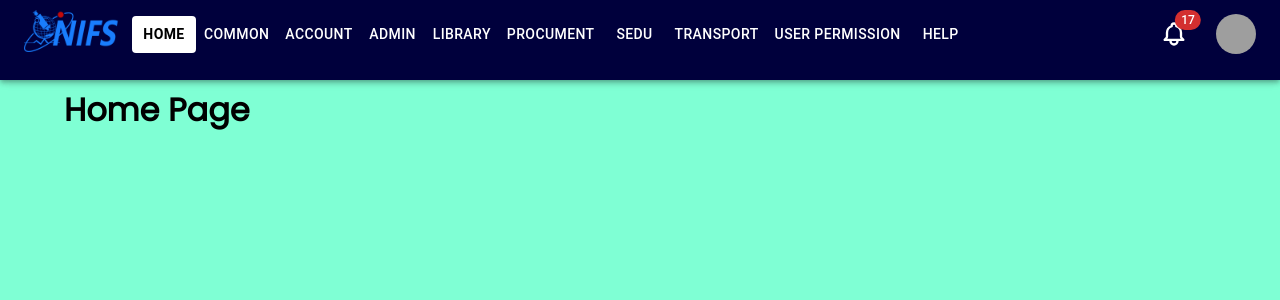
Repository: virangaj/NIFS-WebApp
Page: / (app in client/)
The author's editor kept a copy of each file at every save. The page is drawn from the files as they stood at one save, then again after the next save.
The browser window is 1280 px wide. The pictures show the whole page.
Pictures or frames that could not be fetched are drawn as grey boxes. The project was rebuilt for these pictures with package versions that can differ from the ones it lists, and the page was loaded fresh each time. Also part of the build but not shown: client/src/pages/Login.tsx, client/src/components/Transport/shared/TransportNavbar.js, client/src/pages/TransportMainPage.tsx, client/src/components/shared/SecondaryNavbar.tsx, client/src/pages/CommonMainPage.tsx, client/src/pages/AccountMainPage.tsx, client/src/pages/AdminMainPage.tsx, client/src/pages/LibraryMainPage.js and 16 more.

Above is the page before, as saved 2022-07-30 14:42:06.

### client/public/index.html
<!DOCTYPE html>
<html lang="en">
	<head>
		<meta charset="utf-8" />
		<link rel="icon" href="nifs_logo.png" />
		<meta name="viewport" content="width=device-width, initial-scale=1" />
		<meta name="theme-color" content="#000000" />
		<meta
			name="description"
			content="Web site created using create-react-app"
		/>
		<link rel="apple-touch-icon" href="%PUBLIC_URL%/logo192.png" />
		<!--
      manifest.json provides metadata used when your web app is installed on a
      user's mobile device or desktop. See https://developers.google.com/web/fundamentals/web-app-manifest/
    -->
		<link rel="manifest" href="%PUBLIC_URL%/manifest.json" />
		<!--
      Notice the use of %PUBLIC_URL% in the tags above.
      It will be replaced with the URL of the `public` folder during the build.
      Only files inside the `public` folder can be referenced from the HTML.

      Unlike "/favicon.ico" or "favicon.ico", "%PUBLIC_URL%/favicon.ico" will
      work correctly both with client-side routing and a non-root public URL.
      Learn how to configure a non-root public URL by running `npm run build`.
    -->
		<link
			href="https://fonts.googleapis.com/css?family=Poppins"
			rel="stylesheet"
		/>
		<title>NIFS Dashboard</title>
	</head>
	<body>
		<noscript>You need to enable JavaScript to run this app.</noscript>
		<div id="root"></div>
		<!--
      This HTML file is a template.
      If you open it directly in the browser, you will see an empty page.

      You can add webfonts, meta tags, or analytics to this file.
      The build step will place the bundled scripts into the <body> tag.

      To begin the development, run `npm start` or `yarn start`.
      To create a production bundle, use `npm run build` or `yarn build`.
    -->
	</body>
</html>

### client/src/index.css
* {
  margin: 0;
}

body {
  font-family: 'Poppins';
  -webkit-font-smoothing: antialiased;
  -moz-osx-font-smoothing: grayscale;
  background-color: aliceblue;
}

:root {
  --main-navbar-back: #00003c;
  --nav-title-section-back: rgba(47, 163, 72, 0.589);
  --white: #fff;
  --black: #000;
  --gray: rgba(68, 68, 68, 0.432);
  --border-radius: 10px;
  --pimary: rgb(10, 94, 133);
  --warning: #ed3d63;

}


.nav-logo {
  width: 100px;
  height: auto;
}

a {
  text-decoration: none;
}


/* main navbar */
.main-navbar {
  background-color: var(--main-navbar-back) !important;
  width: 100% !important;
  height: 80px !important;

}



/* secondary navbar */
.secondary-navbar {
  margin: auto;
}

.nav-flex-section {
  display: -webkit-flex;
  display: -ms-flexbox;
  display: flex;
  -webkit-flex-wrap: wrap;
  -ms-flex-wrap: wrap;
  flex-wrap: wrap;
  justify-content: center;
}

.nav-flex-inside {
  margin-left: 5px;
  margin-left: 5px;
}

.nav-title {
  font-size: 15px;
  text-align: center;
  color: var(--white);
  font-weight: 600;

}

.nav-title-section {
  border-radius: var(--border-radius);
  background-color: var(--nav-title-section-back);
  box-shadow: rgba(100, 100, 111, 0.2) 0px 7px 29px 0px;
  pointer-events: none;
  margin-left: 10px;
  margin-left: 10px;
}

.nav-icon {
  width: 40px;
}

.nav-link {
  display: flex;
  display: -webkit-flex;
  display: -ms-flexbox;
  flex-direction: column;
  align-items: center;
  font-size: 14px;
  margin-left: 5px;
  margin-right: 5px;
  border: none;
  box-shadow: rgba(100, 100, 111, 0.2) 0px 7px 29px 0px;
  padding: 4px 8px 6px 8px;
  margin-bottom: 10px;
  text-align: center;
  width: 125px;
  border-radius: var(--border-radius);
  background-color: var(--white);
  outline: none;
  min-height: 100px;
}

.nav-link:hover {
  color: var(--pimary);
  cursor: pointer;
  box-shadow: rgba(81, 146, 177, 0.2) 0px 7px 29px 0px;
  background-color: rgb(254, 255, 205);
  border-bottom: 2px solid var(--warning);
}


.nav-link:active {
  color: var(--pimary);
  cursor: pointer;
  box-shadow: rgba(81, 146, 177, 0.2) 0px 7px 29px 0px;
  background-color: rgb(205, 248, 255);
  border-bottom: 2px solid var(--warning);
}

.nav-link-active {
  color: var(--pimary);
  cursor: pointer;
  box-shadow: rgba(81, 146, 177, 0.2) 0px 7px 29px 0px;
  background-color: rgb(205, 248, 255);
  border-bottom: 2px solid var(--warning);
}

/* body content*/
.body-content {
  margin: auto;
  width: 90%;
  margin-top: 12vh;

}

/* main page content */
.main-content {
  width: 90%;
  margin: auto;
  margin-top: 20px;
}

/* sub page content */

.sub-body-content {
  border: 2px solid var(--gray);
  border-radius: var(--border-radius);
  padding: 10px;
}

.sub-body-title {
  font-size: 24px;
}



/* error page */
.error-page {
  border: 2px solid var(--gray);
  border-radius: var(--border-radius);
  height: 50vh;
  width: 50vw;
  margin: auto;
  margin-top: 50px;
}

.error-page-content {
  text-align: center;
  margin-top: 50px;
}

.error-page-content h1 {
  font-size: 100px;
  color: var(--warning);
  font-weight: 700;
  pointer-events: none;

}

.error-page-content p {
  font-size: 20px;
  margin-bottom: 20px;
  pointer-events: none;
}


@media screen and (max-width: 1366px) {
  body {
    background-color: aquamarine;
  }

  .nav-link {
    font-size: 12px;
    padding: 4px 4px 6px 4px;
    width: 100px;
    min-height: 100px;
  }

  .nav-icon {
    width: 35px;
  }
}

### client/src/App.tsx
import React, { useEffect } from 'react';
import Navbar from './components/shared/Navbar';
import Login from './pages/Login'
import { BrowserRouter as Router, Route, Routes } from 'react-router-dom'
import Home from './pages/Home';
import TransportMainPage from './pages/TransportMainPage';
import CommonMainPage from './pages/CommonMainPage';
import AccountMainPage from './pages/AccountMainPage';
import AdminMainPage from './pages/AdminMainPage';
import LibraryMainPage from './pages/LibraryMainPage';
import ProcumentMainPage from './pages/ProcumentMainPage';
import SeduMainPage from './pages/SeduMainPage';
import UserPermissionMainPage from './pages/UserPermissionMainPage';
import NotificationMainPage from './pages/NotificationMainPage';
import HelpMainPage from './pages/HelpMainPage';
import ErrorPage from './pages/ErrorPage';


function App() {


  return (
    <Router>
      <Navbar />
      <Routes>

        <Route path="/login" element={<Login />} />
        <Route path="/" element={<Home />} />
        <Route path="/common/*" element={<CommonMainPage />} />
        <Route path="/account/*" element={<AccountMainPage />} />
        <Route path="/admin/*" element={<AdminMainPage />} />
        <Route path="/library/*" element={<LibraryMainPage />} />
        <Route path="/procument/*" element={<ProcumentMainPage />} />
        <Route path="/sedu/*" element={<SeduMainPage />} />
        <Route path="/transport/*" element={<TransportMainPage />} />
        <Route
          path="/user-permission/*"
          element={<UserPermissionMainPage />}
        />
        <Route
          path="/notification/*"
          element={<NotificationMainPage />}
        />
        <Route path="/help/*" element={<HelpMainPage />} />
        <Route path="/error-404" element={<ErrorPage />} />
      </Routes>


    </Router>
  );
}

export default App;

### client/src/components/shared/Navbar.tsx
import * as React from 'react';
import AppBar from '@mui/material/AppBar';
import Box from '@mui/material/Box';
import Toolbar from '@mui/material/Toolbar';
import IconButton from '@mui/material/IconButton';
import Typography from '@mui/material/Typography';
import Menu from '@mui/material/Menu';
import Container from '@mui/material/Container';
import Avatar from '@mui/material/Avatar';
import Button from '@mui/material/Button';
import Tooltip from '@mui/material/Tooltip';
import MenuItem from '@mui/material/MenuItem';
import { HiMenuAlt2, HiOutlineBell } from "react-icons/hi";
import Badge from '@mui/material/Badge';
import Logo from '../../images/nifs_logo.png'
import { Link, useLocation } from 'react-router-dom';
import Pages from '../data/MainNavPages.json';

const settings = [
    {
        id: 0,
        title: 'Login',
        link: '/login',
    },
];
const Navbar = () => {

    // nav bar function and variables
    const location: any = useLocation();

    const [anchorElNav, setAnchorElNav] = React.useState<null | HTMLElement>(null);
    const [anchorElUser, setAnchorElUser] = React.useState<null | HTMLElement>(null);

    const handleOpenNavMenu = (event: React.MouseEvent<HTMLElement>) => {
        setAnchorElNav(event.currentTarget);
    };
    const handleOpenUserMenu = (event: React.MouseEvent<HTMLElement>) => {
        setAnchorElUser(event.currentTarget);
    };

    const handleCloseNavMenu = () => {
        setAnchorElNav(null);
    };

    const handleCloseUserMenu = () => {
        setAnchorElUser(null);
    };

    return (
        <AppBar position="fixed" className="main-navbar">
            <Container maxWidth="xl">
                <Toolbar disableGutters>
                    {/*Responsive view start here  */}
                    <Box sx={{ display: { xs: 'none', md: 'flex' }, mr: 1 }}>
                        <Link to='/'>
                            <img src={Logo} alt="logo" className="nav-logo" />
                        </Link>
                    </Box>


                    <Box sx={{ flexGrow: 1, display: { xs: 'flex', md: 'none' } }}>
                        <IconButton
                            size="large"
                            aria-label="account of current user"
                            aria-controls="menu-appbar"
                            aria-haspopup="true"
                            onClick={handleOpenNavMenu}
                            color="inherit"
                        >
                            <HiMenuAlt2 />
                        </IconButton>
                        <Menu
                            id="menu-appbar"
                            anchorEl={anchorElNav}
                            anchorOrigin={{
                                vertical: 'bottom',
                                horizontal: 'left',
                            }}
                            keepMounted
                            transformOrigin={{
                                vertical: 'top',
                                horizontal: 'left',
                            }}
                            open={Boolean(anchorElNav)}
                            onClose={handleCloseNavMenu}
                            sx={{
                                display: { xs: 'block', md: 'none' },
                            }}
                        >
                            {Pages && Pages.map((page, index) => (
                                location.pathname.split('/')[1] === page.link.split('/')[1] ?
                                    <Link to={page.link} style={{ textDecoration: 'none' }} key={index}>
                                        <Button

                                            onClick={handleCloseNavMenu}
                                            sx={{ my: 2, color: 'white', display: 'block' }}
                                            style={{ backgroundColor: '#000', color: '#fff', fontWeight: 700 }}
                                        >
                                            {page.title}
                                        </Button>
                                    </Link>
                                    :
                                    <Link to={page.link} style={{ textDecoration: 'none' }} key={index}>
                                        <Button
                                            key={page.id}
                                            onClick={handleCloseNavMenu}
                                            sx={{ my: 2, color: 'white', display: 'block' }}
                                            style={{ backgroundColor: '#fff', color: '#000' }}
                                        >
                                            {page.title}
                                        </Button>
                                    </Link>
                            ))}
                        </Menu>
                    </Box>
                    {/* Responsive view ends here */}

                    {/* Full width starts here */}
                    <Box
                        sx={{
                            mr: 2,
                            display: { xs: 'flex', md: 'none' },
                            flexGrow: 1,
                        }}
                    >
                        <Link to='/'>
                            <img src={Logo} alt="logo" className="nav-logo" />
                        </Link>
                    </Box>

                    <Box sx={{ flexGrow: 1, display: { xs: 'none', md: 'flex' } }}>
                        {Pages.map((page, index) => (
                            location.pathname.split('/')[1] === page.link.split('/')[1] ?
                                <Link to={page.link} style={{ textDecoration: 'none' }} key={index}>
                                    <Button
                                        onClick={handleCloseNavMenu}
                                        sx={{ my: 2, color: 'white', display: 'block' }}
                                        style={{ backgroundColor: '#fff', color: '#000', fontWeight: 700 }}


                                    >
                                        {page.title}
                                    </Button>
                                </Link>
                                :
                                <Link to={page.link} style={{ textDecoration: 'none' }} key={index}>
                                    <Button
                                        key={page.id}
                                        onClick={handleCloseNavMenu}
                                        sx={{ my: 2, color: 'white', display: 'block' }}

                                    >
                                        {page.title}
                                    </Button>
                                </Link>
                        ))}
                    </Box>
                    <IconButton
                        size="large"
                        aria-label="show 17 new notifications"
                        color="inherit"
                        sx={{ mr: 2 }}
                    >
                        <Badge badgeContent={17} color="error">
                            <HiOutlineBell />
                        </Badge>
                    </IconButton>
                    <Box sx={{ flexGrow: 0 }}>
                        <Tooltip title="Open settings">
                            <IconButton onClick={handleOpenUserMenu} sx={{ p: 0 }}>
                                <Avatar alt="Remy Sharp" src="/static/images/avatar/2.jpg" />
                            </IconButton>
                        </Tooltip>
                        <Menu
                            sx={{ mt: '45px' }}
                            id="menu-appbar"
                            anchorEl={anchorElUser}
                            anchorOrigin={{
                                vertical: 'top',
                                horizontal: 'right',
                            }}
                            keepMounted
                            transformOrigin={{
                                vertical: 'top',
                                horizontal: 'right',
                            }}
                            open={Boolean(anchorElUser)}
                            onClose={handleCloseUserMenu}
                        >
                            {settings && settings.map((setting, index) => (
                                <MenuItem key={index} onClick={handleCloseUserMenu}>
                                    <Typography textAlign="center">{setting.title}</Typography>
                                </MenuItem>
                            ))}
                        </Menu>
                    </Box>
                </Toolbar>
            </Container>
        </AppBar>
    );
};
export default Navbar;

### client/src/pages/Home.tsx
import React from 'react';

function Home() {
	return (
		<div className="body-content">
			<h1>Home Page</h1>
		</div>
	);
}

export default Home;

### client/src/components/data/MainNavPages.json
[
    {
        "id": 0,
        "title": "Home",
        "link": "/"
    },
    {
        "id": 1,
        "title": "Common",
        "link": "/common"
    },
    {
        "id": 2,
        "title": "Account",
        "link": "/account"
    },
    {
        "id": 3,
        "title": "Admin",
        "link": "/admin"
    },
    {
        "id": 4,
        "title": "Library",
        "link": "/library"
    },
    {
        "id": 5,
        "title": "Procument",
        "link": "/procument"
    },
    {
        "id": 6,
        "title": "SEDU",
        "link": "/sedu"
    },
    {
        "id": 7,
        "title": "Transport",
        "link": "/transport"
    },
    {
        "id": 8,
        "title": "User Permission",
        "link": "/user-permission"
    },
    {
        "id": 10,
        "title": "Help",
        "link": "/help"
    }
]

Loaded but not shown: client/src/index.tsx (common file); client/src/reportWebVitals.ts (common file); client/tailwind.config.js (common file)

After the next save:
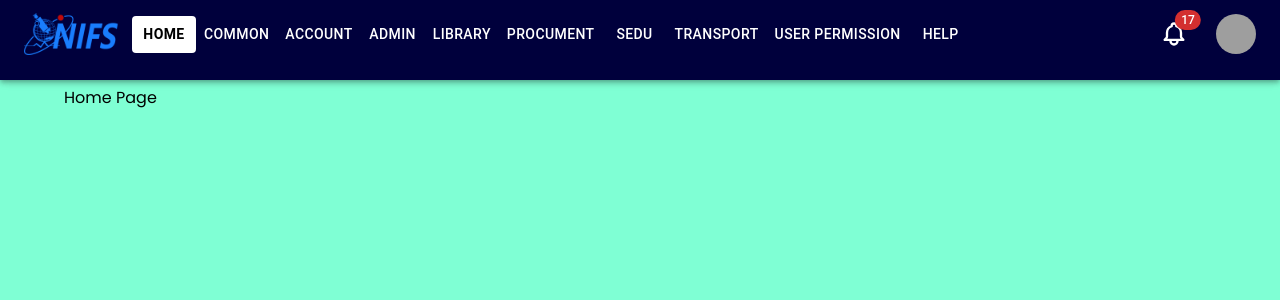
Saved 14 s later.
--- a/client/src/index.css
+++ b/client/src/index.css
@@ -1,3 +1,7 @@
+@tailwind base;
+@tailwind components;
+@tailwind utilities;
+
 * {
   margin: 0;
 }
